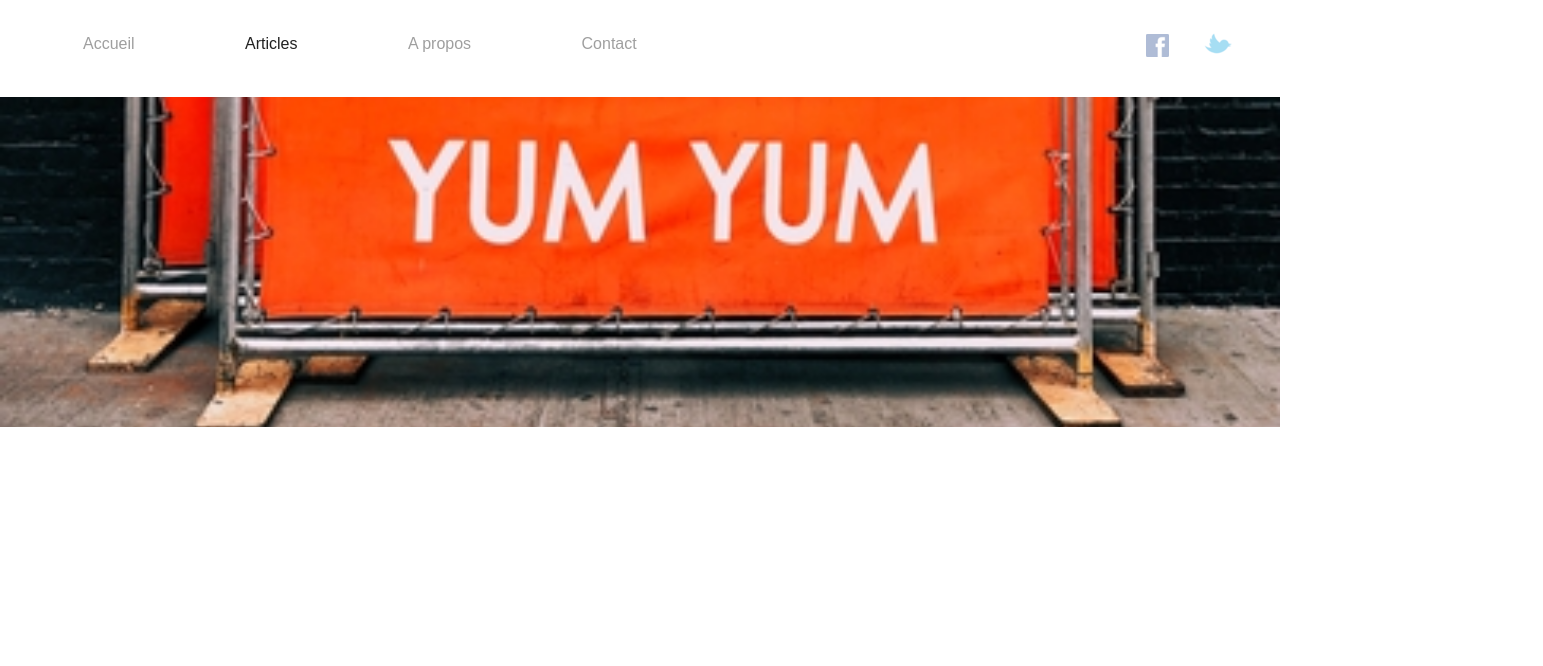
Repository: Elie-Dey/blog-train
Page: index.html
These files come from the project's save history. The page is drawn as it stood at one moment and after the next save; the edit follows.
The browser window is 1280 px wide. The page is 1543 px wide, so the pictures cover 1543 px, including what lies to the right of the window. The pictures show the whole page.

Above is the page before, as saved 2020-06-17 01:25:08.

### index.html
<!DOCTYPE html>
<html lang="en">
<head>
    <meta charset="UTF-8">
    <meta name="viewport" content="width=device-width, initial-scale=1.0">
    <link rel="stylesheet" href="style.css">
    <title>Mon blog</title>
</head>
<body>
    <header class="topbar">
        <nav>
            <a href="index.html">Accueil</a>
            <a href="articles.html" class="active"> Articles</a>
            <a href="about.html">A propos</a>
            <a href="apropos.html">Contact</a>
        </nav>
        <div class="social">
            <a href="#"> <img src="images/fb.png" alt="Facebook"></a>
            <a href="#"> <img src="images/twitter.png" alt="Twitter"></a>
        </div>
    </header>
    <div class="banniere"></div>
    <main class="main">

    </main>
    <aside class="sidebar">

    </aside>
</body>
</html>

### style.css
*{
    box-sizing: border-box;
}
body
{
    margin: 0;
    font-size: 16px;
    font-family: sans-serif;
    color: rgba(0, 0, 0, .87);
    line-height: 1.8;
}
.topbar{

    position: fixed;
    top: 0;
    right: 0;
    left: 0;
    width: 100%;
    background-color: white;
    padding: 30px ;
}
.topbar nav{
    float: left;
}
.topbar nav a {
    color: #9f9f9f;
    text-decoration: none;
    font-weight: 500;
    padding: 0 53px;
}

.topbar nav a:hover , .topbar nav a.active{
    color:  rgba(0, 0, 0, .87);
}

 .social {
    float: right;
}

.social a
{
    padding: 0 12px;
    opacity: .4;
}
.social a:hover
{
    opacity: 1;
}

.banniere {
    height: 427px;
    background: no-repeat center center / cover url("images/banniere.jpg") ;

}
.main
{
    float:left;
    height: 200px;
    width: 1543px;
}
.sidebar
{
    float: right;
    height: 200px;
    width: 378;
}

After the next save:
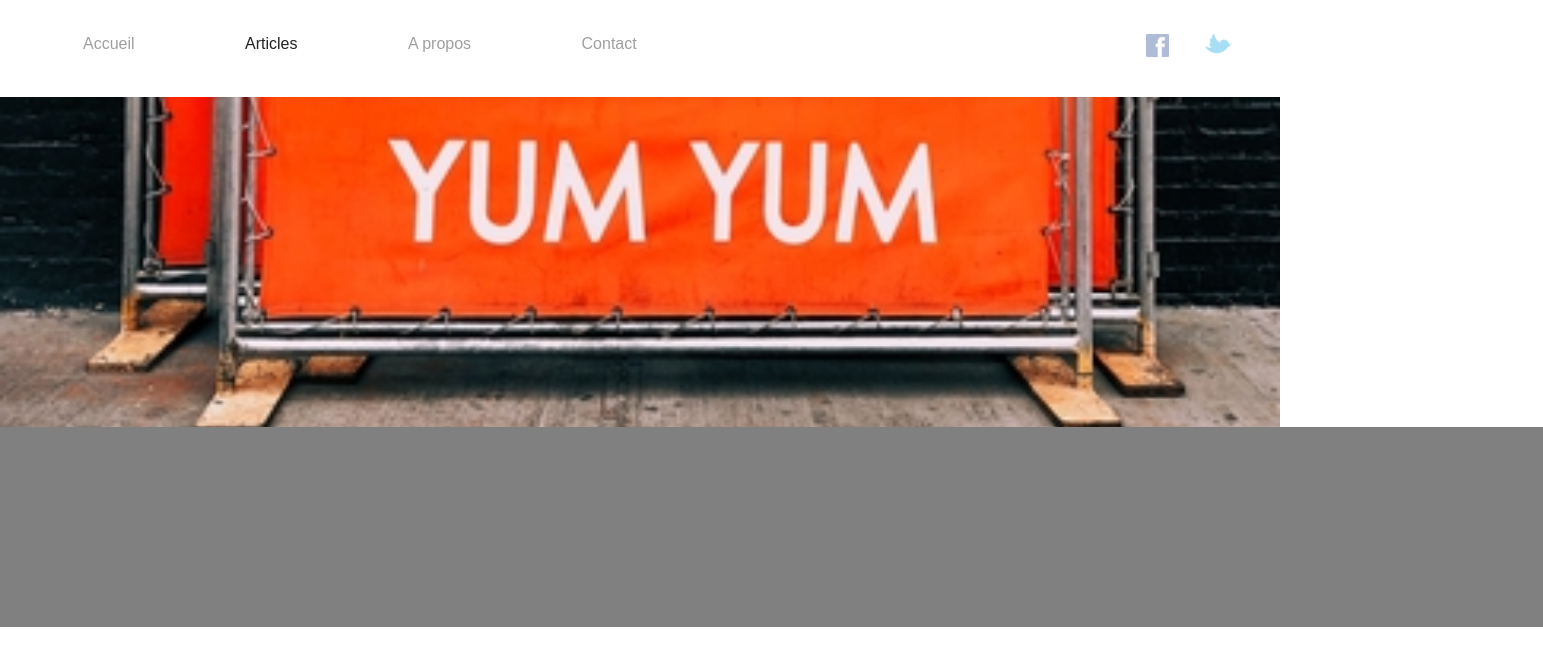
Saved 17 s later.
--- a/style.css
+++ b/style.css
@@ -57,10 +57,12 @@ body
     float:left;
     height: 200px;
     width: 1543px;
+    background: gray;
 }
 .sidebar
 {
     float: right;
     height: 200px;
+    background: lightgray;
     width: 378;
 }
